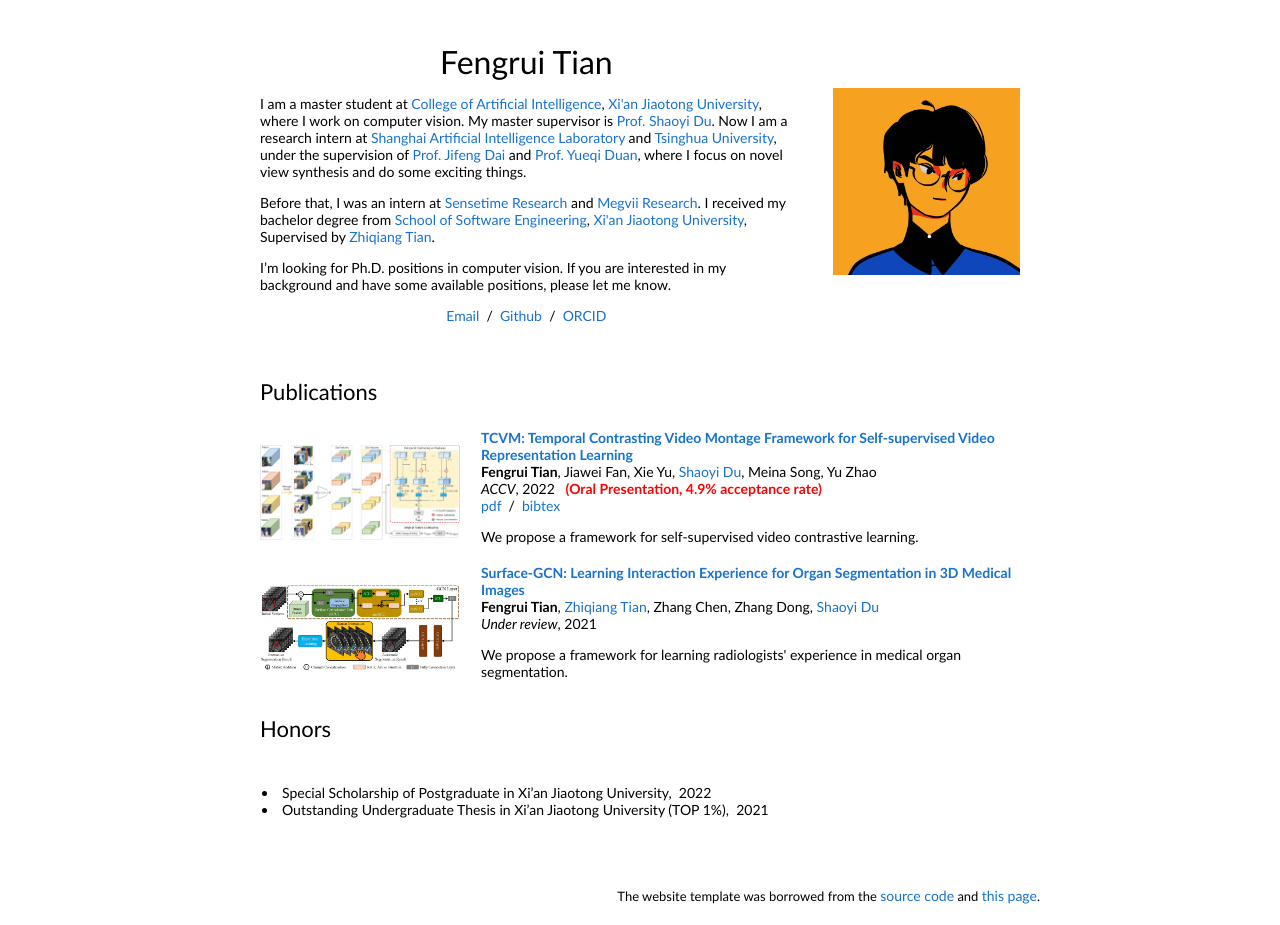
Repository: tianfr/tianfr.github.io
Page: index.html
An editor plug-in stored every save of this project. The page is shown before and after the next save, followed by the edit.
The browser window is 1280 px wide. The pictures show the whole page.

Above is the page before, as saved 2022-11-20 16:14:54.

After the next save:
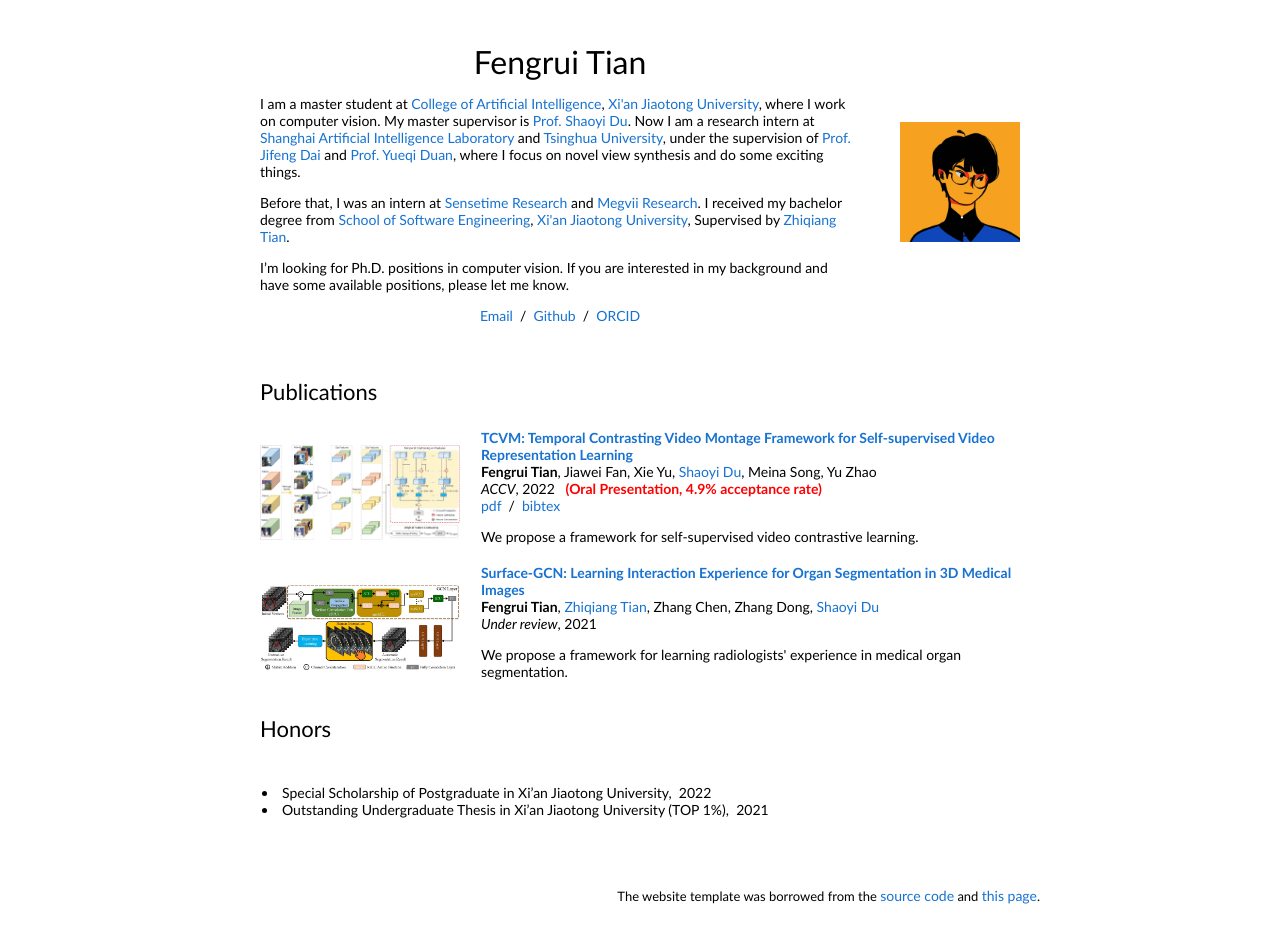
Saved 6 s later.
--- a/index.html
+++ b/index.html
@@ -16,7 +16,7 @@
       <td style="padding:0px">
         <table style="width:100%;border:0px;border-spacing:0px;border-collapse:separate;margin-right:auto;margin-left:auto;"><tbody>
           <tr style="padding:0px">
-            <td style="padding:2.5%;width:63%;vertical-align:middle">
+            <td style="padding:2.5%;width:80%;vertical-align:middle">
               <p style="text-align:center">
                 <name>
                   Fengrui Tian
